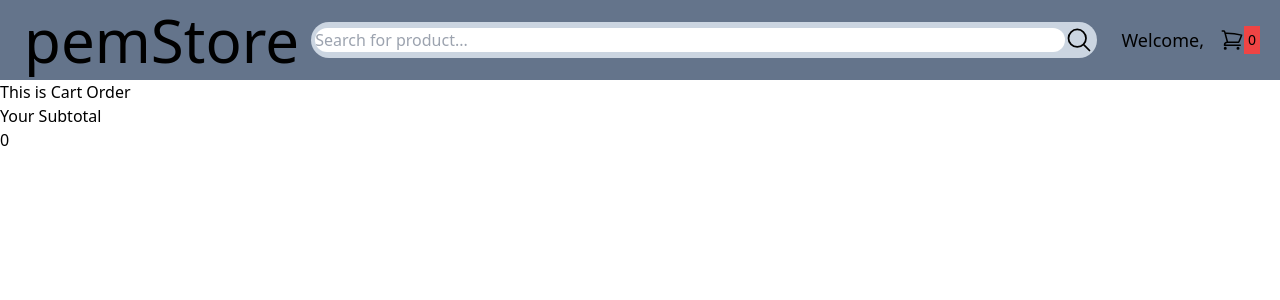
Repository: Semanmernstack/pemstore
Page: /checkout
These files come from the project's save history. The page is drawn as it stood at one moment and after the next save; the edit follows.
The browser window is 1280 px wide. The pictures show the whole page.
The page's requests for data from a server got no answer. The project was rebuilt for these pictures with package versions that can differ from the ones it lists, and the page was loaded fresh each time. The framework's server and built-in components were replaced by stand-ins that run in the browser. No one was signed in, and anything a server would have sent is missing. Also part of the build but not shown: next.config.js.

Above is the page before, as saved 2022-11-04 08:17:58.

After the next save:
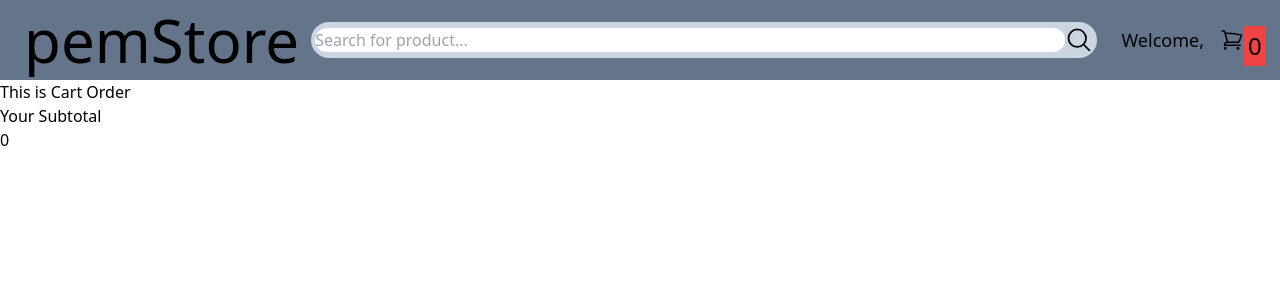
Saved 28 s later.
--- a/components/Header.js
+++ b/components/Header.js
@@ -31,7 +31,7 @@ function Header() {
               <svg xmlns="http://www.w3.org/2000/svg" fill="none" viewBox="0 0 24 24" strokeWidth={1.5} stroke="currentColor" className="w-6 h-6">
                   <path strokeLinecap="round" strokeLinejoin="round" d="M2.25 3h1.386c.51 0 .955.343 1.087.835l.383 1.437M7.5 14.25a3 3 0 00-3 3h15.75m-12.75-3h11.218c1.121-2.3 2.1-4.684 2.924-7.138a60.114 60.114 0 00-16.536-1.84M7.5 14.25L5.106 5.272M6 20.25a.75.75 0 11-1.5 0 .75.75 0 011.5 0zm12.75 0a.75.75 0 11-1.5 0 .75.75 0 011.5 0z" />
               </svg>
-              <p className="absolute left-6 top-0 text-sm bg-red-500 p-1  ">{items?.length}</p>
+              <p className="absolute left-6 top-0 text-xm bg-red-500 p-1  ">{items?.length}</p>
           </div>
           </div>
 
